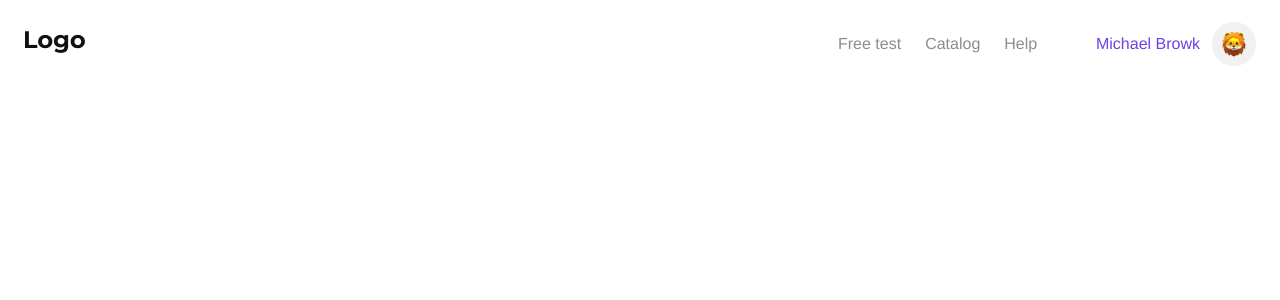
Repository: skydevil1604/vue-test-app
Page: /#/main-page
The author's editor kept a copy of each file at every save. The page is drawn from the files as they stood at one save, then again after the next save.
The browser window is 1280 px wide. The pictures show the whole page.
The project was rebuilt for these pictures with package versions that can differ from the ones it lists, and the page was loaded fresh each time. Also part of the build but not shown: src/components/Tabs.vue, src/components/Tab.vue, src/components/Login.vue, src/components/Registration.vue, src/components/AuthenticationForm.vue.

Above is the page before, as saved 2020-04-06 19:16:43.

### public/index.html
<!DOCTYPE html>
<html lang="en">
  <head>
    <meta charset="utf-8">
    <meta http-equiv="X-UA-Compatible" content="IE=edge">
    <meta name="viewport" content="width=device-width,initial-scale=1.0">
    <link rel="icon" href="<%= BASE_URL %>favicon.ico">
    <link rel="stylesheet" href="../src/assets/normalize.css">
    <title><%= htmlWebpackPlugin.options.title %></title>
  </head>
  <body style="margin:0 auto;">
    <noscript>
      <strong>We're sorry but <%= htmlWebpackPlugin.options.title %> doesn't work properly without JavaScript enabled. Please enable it to continue.</strong>
    </noscript>
    <div id="app"></div>
    <!-- built files will be auto injected -->
  </body>
</html>

### src/main.js
import Vue from 'vue'
import App from './App.vue'
import VueRouter from 'vue-router'
import router from './router';

Vue.config.productionTip = false;
Vue.use(VueRouter)

new Vue({
  render: h => h(App),
  router
}).$mount('#app');

### src/App.vue
<template>
  <div id="app">
    <router-view>
      <AuthenticationForm />
    </router-view>
  </div>
</template>

<script>
import AuthenticationForm from './components/AuthenticationForm';

export default {
  name: 'App',
  components: {
    AuthenticationForm
  }
}
</script>

<style>
#app {
  font-family: Avenir, Helvetica, Arial, sans-serif;
  -webkit-font-smoothing: antialiased;
  -moz-osx-font-smoothing: grayscale;
  text-align: center;
  display: flex;
  height: 100vh;
}
</style>

### src/router/index.js
import Vue                        from 'vue';
import VueRouter                     from 'vue-router';
import MainPageComponent          from '@/components/MainPage';
import AuthenticationForm         from '@/components/AuthenticationForm';

Vue.use(VueRouter);

const router = new VueRouter({
    routes: [

      {
        path: '/main-page',
        name: 'mainPage',
        component: MainPageComponent,
      },
      {
        path: '/',
        name: 'authenticationForm',
        component: AuthenticationForm,
      },
    ]
  });

export default router;

### src/components/MainPage.vue
<template>
    <section class="main-page">
        <header class="header">
            <a class="logo" href="#">
                <img src="../assets/logo.png" alt="logo">
            </a>
            <nav class="navigation">
                <ul class="navigation__list">
                    <li class="navigation__item">
                        <a class="navigation__link" href="#">Free test</a>
                    </li>
                    <li class="navigation__item">
                        <a class="navigation__link" href="#">Catalog</a>
                    </li>
                    <li class="navigation__item">
                        <a class="navigation__link" href="#">Help</a>
                    </li>
                </ul>
                <div class="navigation__profile">
                    <span class="navigation__user-name">Michael Browk</span>
                    <img class="navigation__user-photo" src="../assets/Lion.png" alt="">
                </div>
            </nav>
        </header>
    </section>
</template>

<script>

export default {
    name: 'MainPageComponent',
}
</script>

<style lang="scss">
    .main-page {
        max-width: 1366px;
        width: 100%;
        margin: 0 auto;
    }

    .header {
        padding-top: 22px;
        padding-bottom: 22px;
        padding-left: 24px;
        padding-right: 24px;
        display: flex;
        justify-content: space-between;
        align-items: center;
    }

    .navigation {
        display: flex;
        align-items: center;
        width: 418px;
        justify-content: space-between;

            &__list {
                list-style: none;
                display: flex;
                padding: 0;
                margin: 0;

                  &:last-child {
                    margin-right: 0;
                }
            }

            &__item {
                margin-right: 24px;
            }


            &__link {
                text-decoration: none;
                font-style: normal;
                font-weight: normal;
                font-size: 16px;
                line-height: 24px;
                color: rgba(17, 17, 17, 0.48);

                    &:hover {
                        color: #111111;
                }
            }

            &__profile {
                display: flex;
                align-items: center;
                justify-content: space-between;
            }

            &__user-name {
                font-style: normal;
                font-weight: normal;
                font-size: 16px;
                line-height: 24px;
                color: #6E41E2;
                margin-right: 12px;
            }
    }
</style>

Loaded but not shown: src/assets/normalize.css (library)

After the next save:
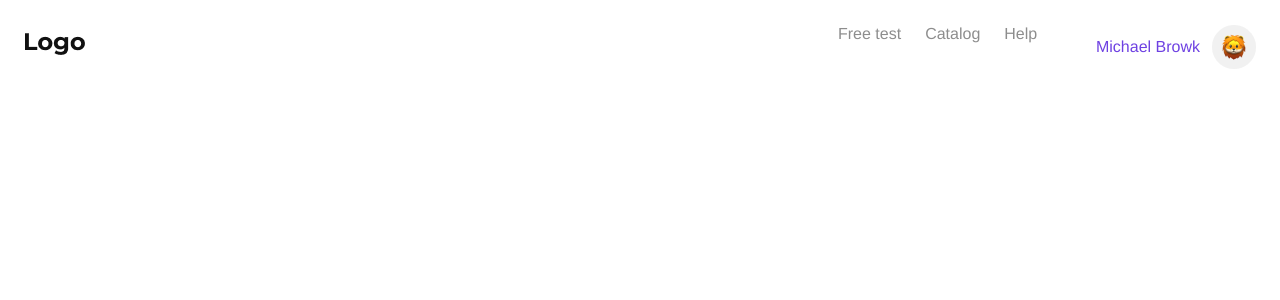
Saved 29 min 4 s later.
--- a/src/components/MainPage.vue
+++ b/src/components/MainPage.vue
@@ -9,7 +9,7 @@
                     <li class="navigation__item">
                         <a class="navigation__link" href="#">Free test</a>
                     </li>
-                    <li class="navigation__item">
+                    <li class="navigation__item navigation__item--active">
                         <a class="navigation__link" href="#">Catalog</a>
                     </li>
                     <li class="navigation__item">
@@ -68,6 +68,18 @@ export default {
 
             &__item {
                 margin-right: 24px;
+                font-size: 16px;
+                color: rgba(17, 17, 17, 0.48);
+                padding-bottom: 25px;
+
+                    &:hover {
+                        color: #111111;
+                    &--active {
+                        border-top-width: 6px;
+                        color: #111111;
+                        box-shadow: inset 0px -2px 0px #6E41E2;
+        }
+                }
             }
 
 
@@ -75,13 +87,9 @@ export default {
                 text-decoration: none;
                 font-style: normal;
                 font-weight: normal;
-                font-size: 16px;
+                font-size: inherit;
+                color: inherit;
                 line-height: 24px;
-                color: rgba(17, 17, 17, 0.48);
-
-                    &:hover {
-                        color: #111111;
-                }
             }
 
             &__profile {
